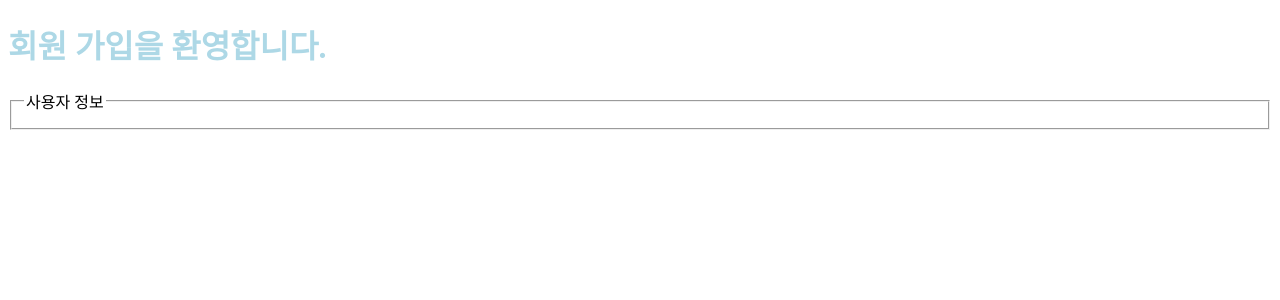
Repository: Kebiskim/2023_WebStudy
Page: 01_01_html/src/main/webapp/day04/Ex05_Signup2.html
An editor plug-in stored every save of this project. The page is shown before and after the next save, followed by the edit.
The browser window is 1280 px wide. The pictures show the whole page.

Above is the page before, as saved 2023-06-22 05:31:22.

After the next save:
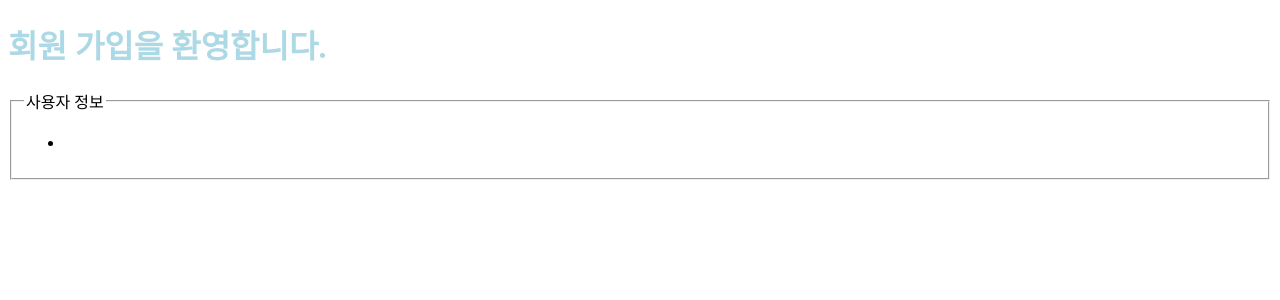
Saved 13 s later.
--- a/01_01_html/src/main/webapp/day04/Ex05_Signup2.html
+++ b/01_01_html/src/main/webapp/day04/Ex05_Signup2.html
@@ -17,6 +17,13 @@
 	<form>
 		<fieldset>
 			<legend>사용자 정보</legend>
+			<ul>
+				<li>
+
+				</li>
+
+
+			</ul>
 		</fieldset>
 
 	</form>
